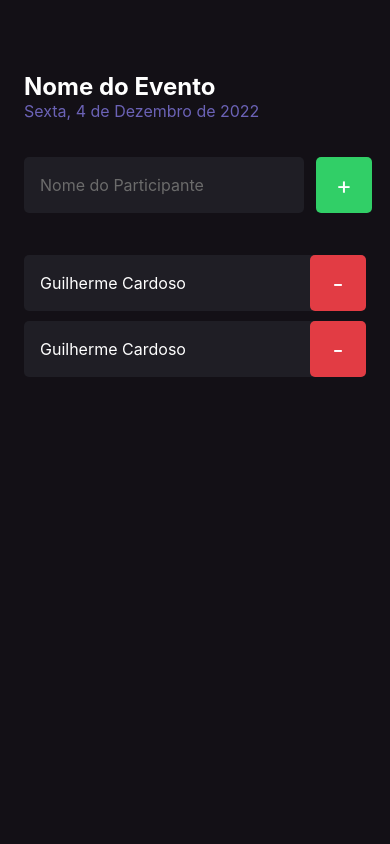
Repository: guilhermecardoso93/reactNative-ignite-imhere
Screen: /
An editor plug-in stored every save of this project. The screen is shown before and after the next save, followed by the edit.
The app was drawn by React Native's web renderer in a window 390 px wide. The project was rebuilt for these pictures with package versions that can differ from the ones it lists, and the page was loaded fresh each time.

Above is the screen before, as saved 2022-10-03 17:57:51.

After the next save:
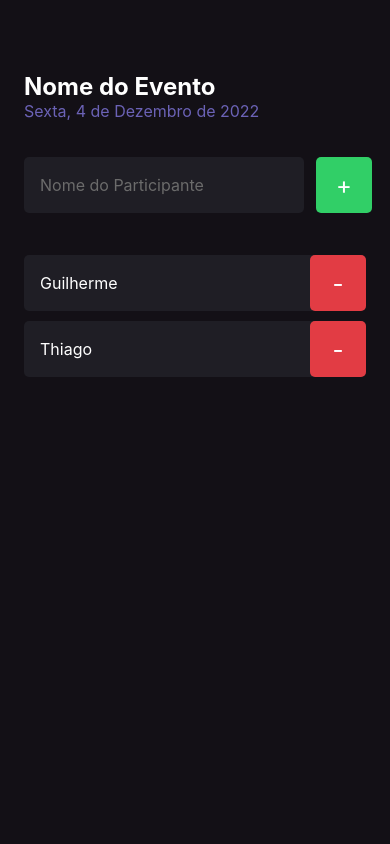
Saved 6 s later.
--- a/src/components/Participant/index.tsx
+++ b/src/components/Participant/index.tsx
@@ -2,14 +2,18 @@ import { Text, TouchableOpacity, View } from "react-native";
 
 import { styles } from "./styles";
 
-export function Participant(){
+interface ParticipantProps {
+  participantName: string;
+}
+
+export function Participant({participantName} : ParticipantProps ){
 function handleRemoveParticipant(){
   console.log('Remove')
 }
 
   return (
     <View style={styles.container}>
-      <Text style={styles.name}>Guilherme Cardoso</Text>
+      <Text style={styles.name}>{participantName}</Text>
       <TouchableOpacity style={styles.button} onPress={handleRemoveParticipant}>
           <Text style={styles.buttonText}>-</Text>
         </TouchableOpacity>
